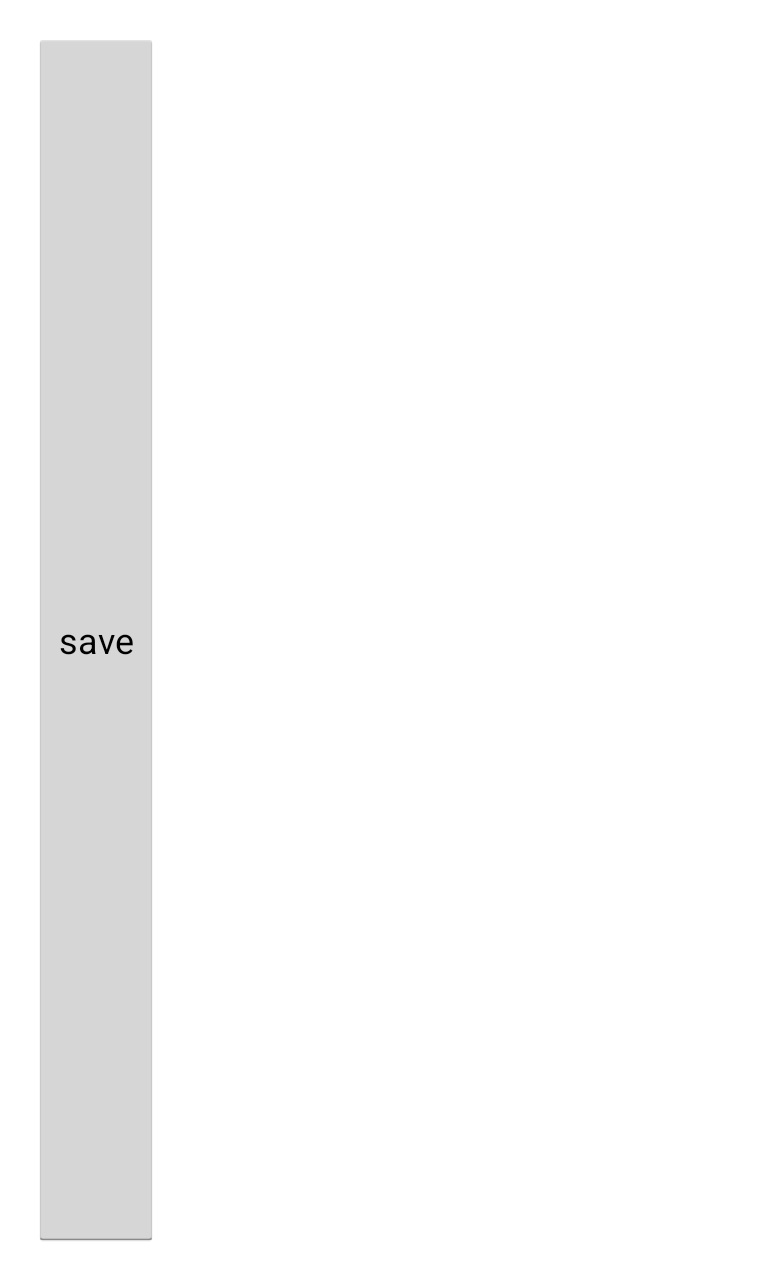
Repository: DongHuaLu/android
Layout: 38Paint/res/layout/activity_main.xml
An editor plug-in stored every save of this project. The layout is shown before and after the next save, followed by the edit.
It is drawn on a 768 x 1280 px phone screen (xhdpi) without system bars, with theme AppTheme; the app's code is not run.

Above is the layout before, as saved 2013-09-02 09:30:09.

After the next save:
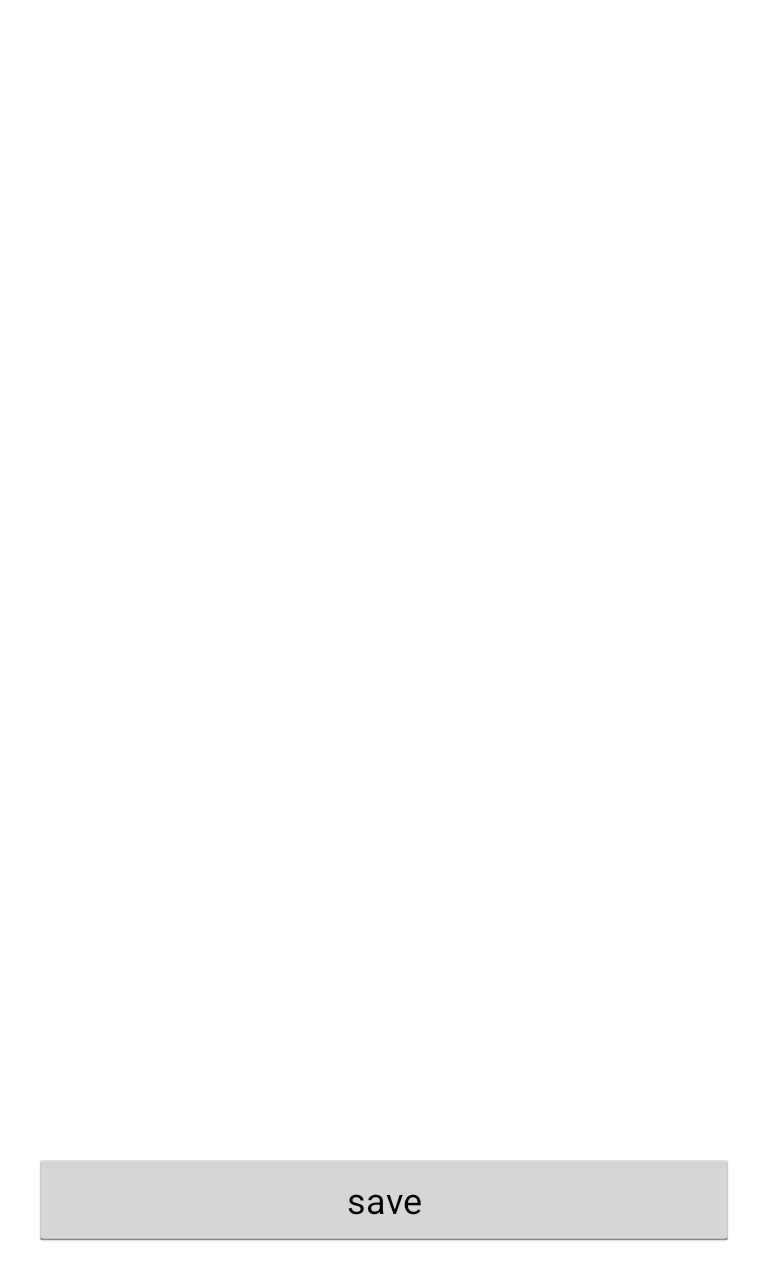
Saved 13 s later.
--- a/38Paint/res/layout/activity_main.xml
+++ b/38Paint/res/layout/activity_main.xml
@@ -14,8 +14,8 @@
         android:layout_height="fill_parent" />
 
     <Button
-        android:layout_width="wrap_content"
-        android:layout_height="fill_parent"
+        android:layout_width="fill_parent"
+        android:layout_height="wrap_content"
         android:layout_alignParentBottom="true"
         android:onClick="save"
         android:text="save" />
